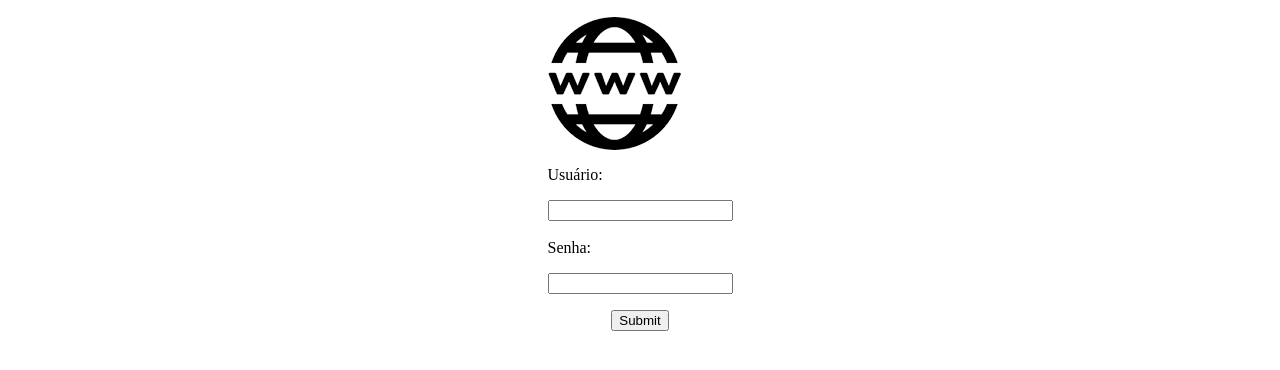
Repository: leonerdy-666/Estudos
Page: http://localhost/JavaWeb/Site.jsp
These files come from the project's save history. The page is drawn as it stood at one moment and after the next save; the edit follows.
The browser window is 1280 px wide. The pictures show the whole page.
The page is served by Tomcat 9.

Above is the page before, as saved 2023-04-10 23:23:26.

### Udemy/Projeto/JavaWeb/src/main/webapp/Site.jsp
<%@ page language="java" contentType="text/html; charset=ISO-8859-1"
	pageEncoding="ISO-8859-1"%>
<!DOCTYPE html PUBLIC "-//W3C//DTD HTML 4.01 Transitional//EN" "http://www.w3.org/TR/html4/loose.dtd">
<html>
<head>
<meta http-equiv="Content-Type" content="text/html; charset=ISO-8859-1">
<title>Site</title>
</head>
<body>
	<form action="">
		<table cellpadding="7" align="center">

			<tr>
				<td><img src="imagens/logo.png"></td>
			</tr>

			<tr>
				<td>Usuário:</td>
			</tr>
			<tr>
				<td><input type="text" name="txtUsuario" /></td>
			</tr>
			<tr>
			<tr>
				<td>Senha:</td>
			</tr>
			<tr>
				<td><input type="text" name="txtSenha" /></td>
			</tr>
			<tr>
				<td colspan="2" align="center"><input type="submit"></td>
			</tr>
		</table>
	</form>
</body>
</html>

After the next save:
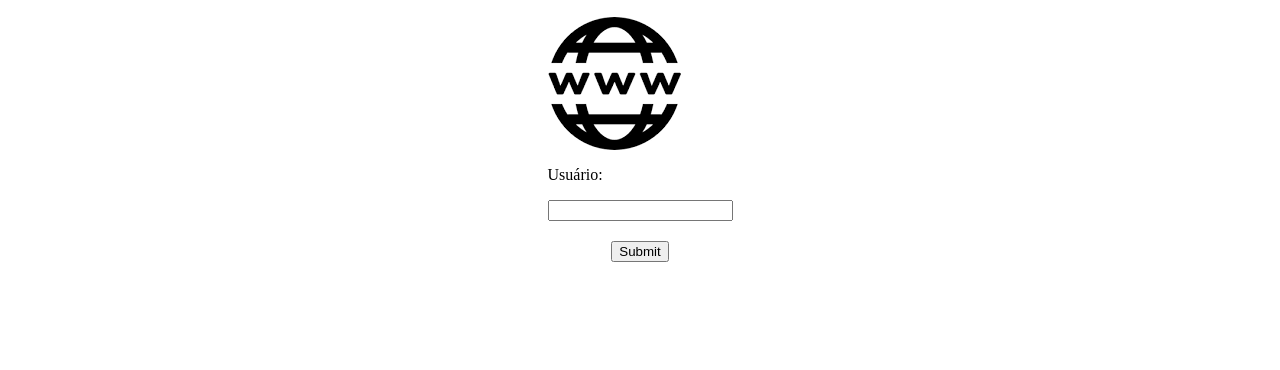
Saved 6 s later.
--- a/Udemy/Projeto/JavaWeb/src/main/webapp/Site.jsp
+++ b/Udemy/Projeto/JavaWeb/src/main/webapp/Site.jsp
@@ -21,16 +21,11 @@
 				<td><input type="text" name="txtUsuario" /></td>
 			</tr>
 			<tr>
-			<tr>
-				<td>Senha:</td>
-			</tr>
-			<tr>
-				<td><input type="text" name="txtSenha" /></td>
-			</tr>
-			<tr>
+				<tr><tr>
 				<td colspan="2" align="center"><input type="submit"></td>
 			</tr>
 		</table>
 	</form>
 </body>
-</html>
+</
+			html>

After the save that followed:
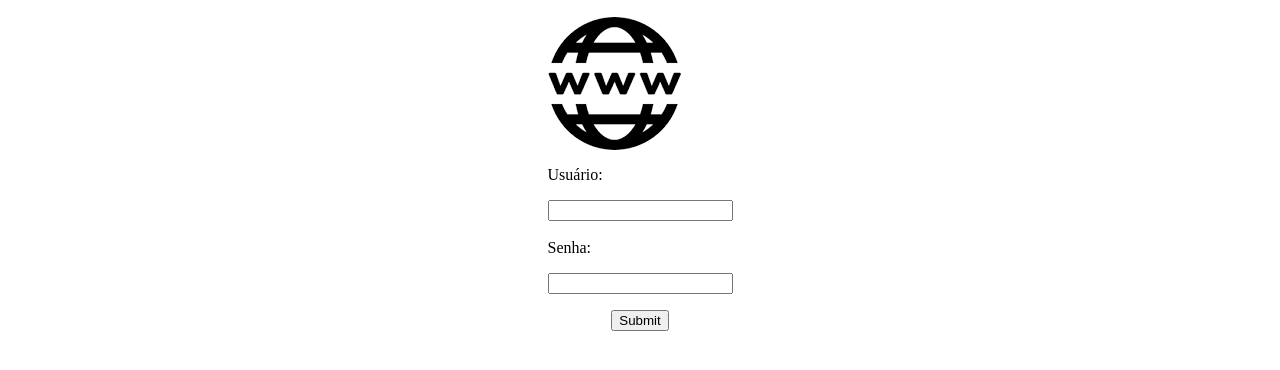
Saved 4 s later.
--- a/Udemy/Projeto/JavaWeb/src/main/webapp/Site.jsp
+++ b/Udemy/Projeto/JavaWeb/src/main/webapp/Site.jsp
@@ -21,11 +21,16 @@
 				<td><input type="text" name="txtUsuario" /></td>
 			</tr>
 			<tr>
-				<tr><tr>
+			<tr>
+				<td>Senha:</td>
+			</tr>
+			<tr>
+				<td><input type="text" name="txtSenha" /></td>
+			</tr>
+			<tr>
 				<td colspan="2" align="center"><input type="submit"></td>
 			</tr>
 		</table>
 	</form>
 </body>
-</
-			html>
+</html>
